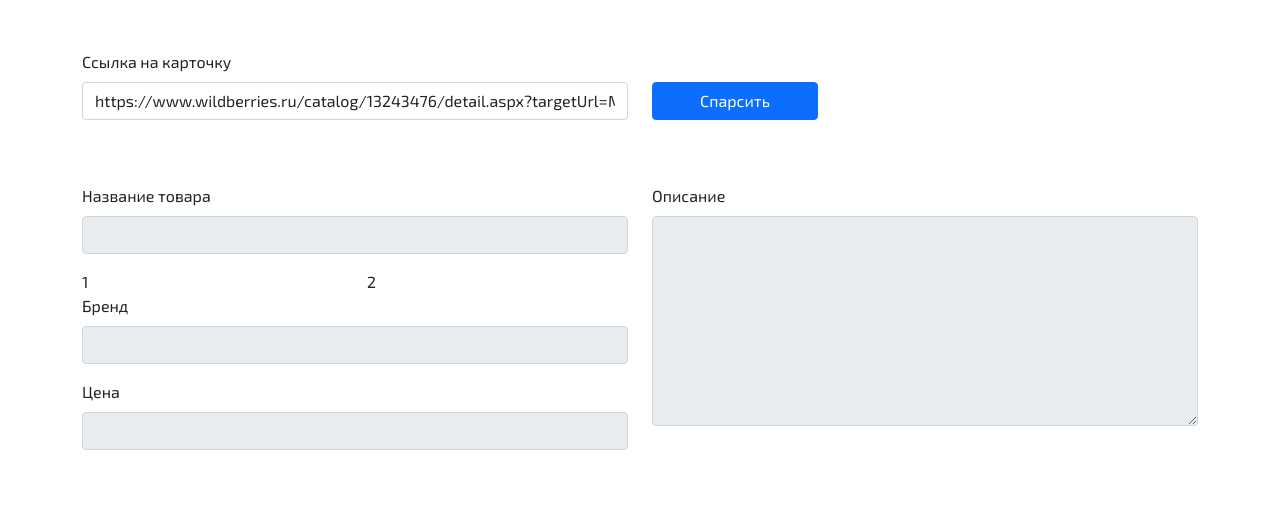
Repository: yozuul/wildberries-product-card-parser-api-exchange
Page: public/panel.html
An editor plug-in stored every save of this project. The page is shown before and after the next save, followed by the edit.
The browser window is 1280 px wide. The pictures show the whole page.

Above is the page before, as saved 2021-08-19 15:13:56.

### public/panel.html
<!DOCTYPE html>
<html lang="en">

<head>
   <meta charset="UTF-8">
   <meta http-equiv="X-UA-Compatible" content="IE=edge">
   <meta name="viewport" content="width=device-width, initial-scale=1.0">
   <title>Document</title>
   <link href="https://cdn.jsdelivr.net/npm/bootstrap@5.1.0/dist/css/bootstrap.min.css" rel="stylesheet"
      integrity="sha384-KyZXEAg3QhqLMpG8r+8fhAXLRk2vvoC2f3B09zVXn8CA5QIVfZOJ3BCsw2P0p/We" crossorigin="anonymous">
   <link rel="stylesheet" href="style.css">
</head>

<body>
   <div class="container">
      <div class="row parser_form_wrapper align-items-end">
         <div class="mb-3 col-6">
            <label for="cardProductURL" class="form-label">Ссылка на карточку</label>
            <input type="text" class="form-control" id="cardProductURL" value="https://www.wildberries.ru/catalog/13243476/detail.aspx?targetUrl=MI">
         </div>
         <div class="col-2 mb-3">
            <button id="passCardURL" class="btn btn-primary col-12">
               <span class="parseInactive">Спарсить</span>
               <div class="spinner parseActive dn">
                  <span class="sr-only">Парсим</span>
                  <span class="spinner-grow spinner-grow-sm" role="status" aria-hidden="true"></span>
               </div>
            </button>
         </div>
         <div class="col-2 mb-3">
            <button id="saveCard" class="btn btn-success col-12 dn">
               <span class="saveCardInactive">Добавить</span>
               <div class="spinner saveCardActive dn">
                  <span class="sr-only">Добавляем</span>
                  <span class="spinner-grow spinner-grow-sm" role="status" aria-hidden="true"></span>
               </div>
            </button>
         </div>
      </div>
   </div>
   <form class="container mt-5">
      <div class="row">
         <div class="col">

            <div class="mb-3">
               <label for="productName" class="form-label">Название товара</label>
               <input type="text" class="form-control" id="productName" readonly>
            </div>

            <div class="row">
               <div class="col-6">1</div>
               <div class="col-6">2</div>
            </div>
            <!-- <div class="mb-3">
               <label for="productCategory" class="form-label">Категория</label>
               <input type="text" class="form-control" id="productBrand" readonly>
            </div> -->

            <div class="mb-3">
               <label for="productBrand" class="form-label">Бренд</label>
               <input type="text" class="form-control" id="productBrand" readonly>
            </div>

            <div class="mb-3">
               <label for="productPrice" class="form-label">Цена</label>
               <input type="text" class="form-control" id="productPrice" readonly>
            </div>
            <div class="mb-3 productImagesDiv dn">
               <label for="productImages" class="form-label">Изображения</label>
               <div id="productImages" class="row"></div>
            </div>
         </div>
         <div class="col">
            <div class="mb-3 productConsistDiv dn">
               <label for="productConsist" class="form-label">Состав</label>
               <input type="text" class="form-control" id="productConsist">
            </div>
            <div class="mb-3">
               <label for="productDesc" class="form-label">Описание</label>
               <textarea type="text" class="form-control" id="productDesc" readonly></textarea>
            </div>
            <div id="productParamsDiv" class="mb-3 dn">
               <label class="form-label">Характеристики</label>
               <table id="productParamsTable">
               </table>
            </div>
         </div>
      </div>
   </form>
   <script src="panel.js"></script>
</body>
</html>

### public/style.css
@import url('https://fonts.googleapis.com/css2?family=Exo+2&display=swap');

* {
   font-family: 'Exo 2', sans-serif;
}

body {
   padding: 0;
   margin: 0;
   padding-bottom: 100px;
}
.dn {
   display: none;
}
.parser_form_wrapper {
   margin-top: 50px;
}
#productDesc {
   height: 210px;
}
/* .imageItem {
   max-width: 100px;
   margin-right: 5px;
} */
.imageItem img {
   max-width: 100%;
   height: auto;
   margin-bottom: 20px;
}
#productParamsTable th {
   width: 60%;
   /* text-align: right;
   padding-right: 40px; */
}
#productParamsTable td {
   width: 40%;
}
/* .productImages {
   display: flex;
} */

/* .productFormWrapper, .parseFormWrapper {
   max-width: 1200px;
   margin: auto;
   padding-top: 25px;
   padding-bottom: 25px;
}
.parseFormWrapper {
   border-bottom: 1px dotted #9999;
}
.productFormWrapper {
   display: flex;
}
.productFormWrapperLeft {
   margin-right: 50px;
}
.parseForm {
   display: flex;
   flex-wrap: wrap;
   max-width: 550px;
}
.parseForm input {
   width: 550px;
   margin-bottom: 20px;
}
.productForm {
}
.productForm input, .productForm textarea {
   width: 550px;
}
.productForm textarea {
   height: 100px;
   resize: none;
}
.parseFormWrapper p, .productFormWrapper p {
   margin-bottom: 8px;
   margin-top: 0;
}
.inputWrapper {
   margin-bottom: 15px;
} */

### public/panel.js
class Panel {
   constructor(api) {
      this.api = api
   }

   waitParse() {
      const parseButtonQuery = '#passCardURL'
      const urlPassCardButton = this.query(parseButtonQuery)
      this.parseButtonClick(parseButtonQuery, urlPassCardButton)

      const field = {
         name: this.query('#productName'),
         brand: this.query('#productBrand'),
         price: this.query('#productPrice'),
      }
      const params = {
         consist: this.query('#productConsist'),
         desc: this.query('#productDesc')
      }

      this.sendData(this.jsonData(), field, params)
   }

   sendData(data, field, params) {
      let newData = this.jsonData()
      data.name = field.name.value
      data.brand = field.brand.value
      data.price = field.price.value
      data.details.consist = params.consist.value
      data.details.desc = params.desc.value

      const saveCardButton = this.query('#saveCard')
      saveCardButton.onclick = () => {
         this.fetchData(this.api.saveCard, data)
      }
   }

   async fetchData(apiURL, data) {
      try {
         const response = await fetch(apiURL, {
            method: 'POST',
            body: JSON.stringify({ data: data }),
            headers: { 'Content-Type': 'application/json' }
         })
         return await response.json()
      } catch (error) {
         console.error('Error fetching:', error);
      }
   }

   passDataToFields(data) {
      // Определение полей
      const field = {
         name: this.query('#productName'),
         brand: this.query('#productBrand'),
         price: this.query('#productPrice'),
      }
      const params = {
         consist: this.query('#productConsist'),
         desc: this.query('#productDesc')
      }
      // Добавление данных в поля
      // Основные данные товара
      for(let input in field) {
         field[input].removeAttribute('readonly')
         field[input].value = data[input]
      }
      // Изображения
      if(data.images) {
         data.images.reverse()
         const imageWrapperBlock = this.query('.productImagesDiv')
         imageWrapperBlock.classList.remove('dn')
         const imagesBlock = this.query('#productImages')

         let imgNum = 0
         for(let image of data.images) {
            const divTag = `<div class='col-3 imageItem'><img src="${image}"></div>`
            imagesBlock.insertAdjacentHTML('afterbegin', divTag)
            imgNum++
         }
         // id='imgNum_${imgNum}'
      }
      // Описание
      const detailDesc = data.details.desc
      if(detailDesc) {
         params.desc.removeAttribute('readonly')
         params.desc.value = detailDesc
      }
      // Состав
      const detailConsist = data.details.consist
      if(detailConsist) {
         this.query('.productConsistDiv').classList.remove('dn')
         params.consist.value = detailConsist
      } else {
         this.query('.productConsistDiv').classList.add('dn')
      }
      // Характеристики
      const detailParams = data.details.params
      if(detailParams) {
         const paramsTable = this.query('#productParamsTable')
         const paramsWrapper = this.query('#productParamsDiv')

         paramsWrapper.classList.remove('dn')
         for(let name in detailParams) {
            const paramRow = `<tr><th>${name}</th><td>${detailParams[name]}</td></tr>`
            paramsTable.insertAdjacentHTML('afterbegin', paramRow)
         }
      } else {
         paramsWrapper.classList.add('dn')
      }
   }

   // .classList.add('dn')

   parseButtonClick(parseButtonQuery, urlPassCardButton) {
      // Кнопка парсинга
      const inputCardURL = this.query('#cardProductURL').value
      const parseInactive = this.query(`${parseButtonQuery} .parseInactive`)
      const parseActive = this.query(`${parseButtonQuery} .parseActive`)

      // Кнопка добавления
      const saveCardButton = this.query('#saveCard')
      const saveCardInactive = this.query('#saveCardInactive')
      const saveCardActive = this.query('#saveCardActive')

      urlPassCardButton.onclick = async () => {
         // Кнопка сохранения
         saveCardButton.classList.add('dn')
         // Включение спиннера парсинга
         parseInactive.classList.add('dn')
         urlPassCardButton.setAttribute('disbale', '')
         parseActive.classList.remove('dn')
         // Получение данных
         const cardData = await this.fetchData(this.api.addCard, inputCardURL)
         // Отключение спиннера парсинга
         parseActive.classList.add('dn')
         urlPassCardButton.removeAttribute('disbale', '')
         parseInactive.classList.remove('dn')
         // Показываем кнопку добавления
         saveCardButton.classList.remove('dn')
         // Пуш данных в поля
         this.passDataToFields(cardData)
      }

   }

   jsonData() {
      return {
         name: 'Худи',
         brand: 'Raven.',
         price: '2068',
         images: [
           'https://images.wbstatic.net/large/new/13240000/13243476-1.jpg',
           'https://images.wbstatic.net/large/new/13240000/13243476-2.jpg',
           'https://images.wbstatic.net/large/new/13240000/13243476-3.jpg',
           'https://images.wbstatic.net/large/new/13240000/13243476-4.jpg',
           'https://images.wbstatic.net/large/new/13240000/13243476-5.jpg',
           'https://images.wbstatic.net/large/new/13240000/13243476-6.jpg'
         ],
         details: {
           consist: 'хлопок 80%, полиэстер 20%',
           desc: 'Оверсайз худи марки RAVEN. Толстовка свободного силуэта, с увеличенной проймой, шириной рукавов и спущенной плечевой линией. Худи выполено из качественного трикотажного полотна "френч терри" с начесом. Оснащена накладным карманом и эластичными поясом и манжетами. Данная модель может стать отличной базой для оверсайз стиля.',
           params: {
             'Покрой': 'оверсайз',
             'Фактура материала': 'футер',
             'Декоративные элементы': 'без элементов',
             'Уход за вещами': 'отбеливание запрещено',
             'Особенности модели': 'нет',
             'Назначение': 'повседневная',
             'Длина изделия по спинке': '70 см',
             'Страна производства': 'Россия',
             'Комплектация': 'худи',
             'Пол': 'Женский'
           }
         }
       }
   }

   query(el) { return document.querySelector(el) }
   queryAll(el) { return document.querySelectorAll(el) }
}

const api = {
   addCard: 'http://localhost:3000/addCard',
   saveCard: 'http://localhost:3000/saveCard',
}

new Panel(api).waitParse()

After the next save:
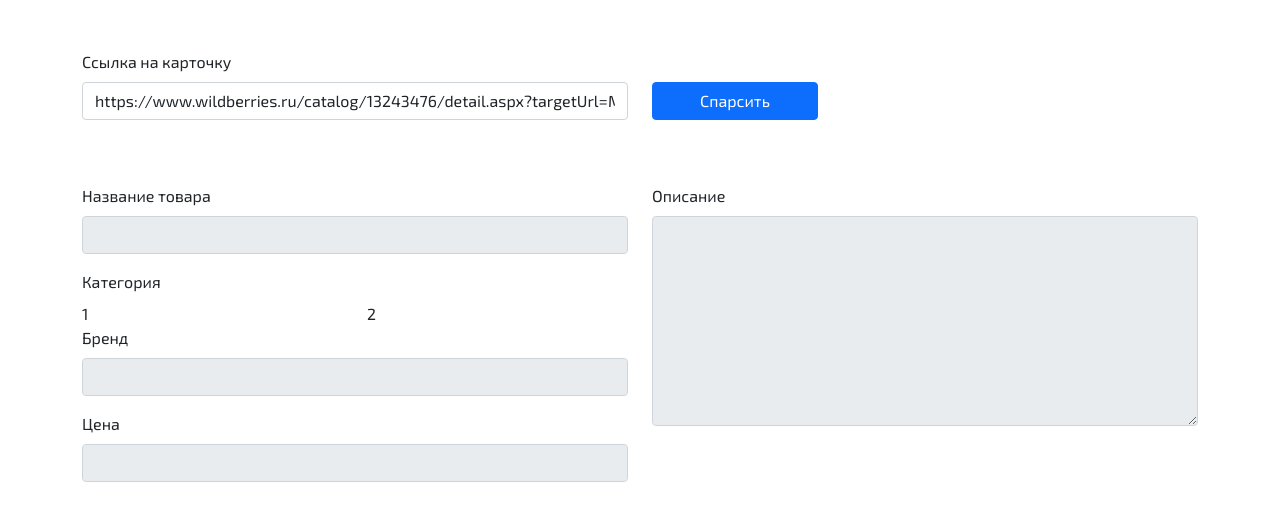
Saved 78 s later.
--- a/public/panel.html
+++ b/public/panel.html
@@ -47,7 +47,10 @@
                <input type="text" class="form-control" id="productName" readonly>
             </div>
 
-            <div class="row">
+            <div class="row productProperties">
+               <div class="col-12">
+                  <label for="productCategory" class="form-label">Категория</label>
+               </div>
                <div class="col-6">1</div>
                <div class="col-6">2</div>
             </div>
